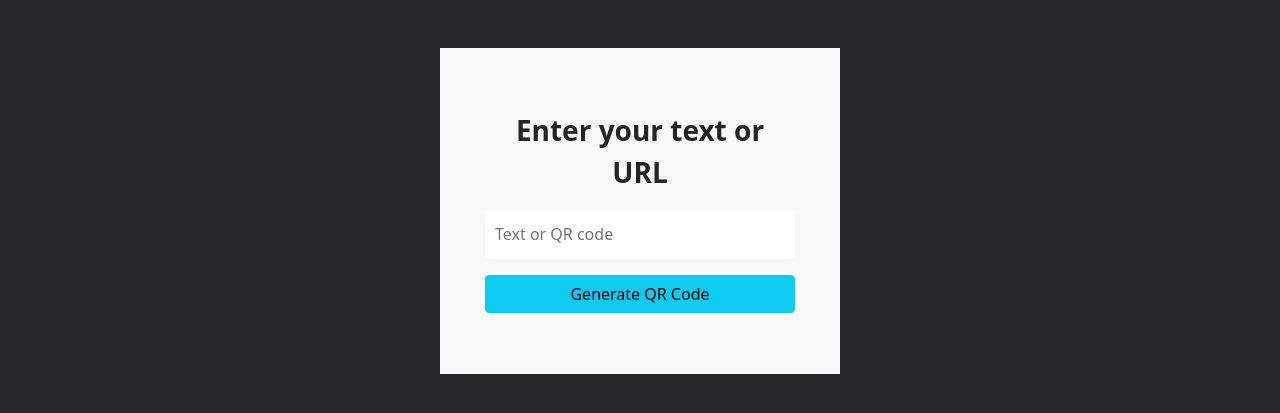
Repository: zeinawady/Qr-Code-Generator-App
Page: index.html
These files come from the project's save history. The page is drawn as it stood at one moment and after the next save; the edit follows.
The browser window is 1280 px wide. The pictures show the whole page.

Above is the page before, as saved 2024-10-30 00:32:39.

### index.html
<!DOCTYPE html>
<html lang="en">
<head>
    <meta charset="UTF-8">
    <meta name="viewport" content="width=device-width, initial-scale=1.0">
    <title>Qr code generator</title>
    <link rel="stylesheet" href="css/bootstrap.min.css.map">
    <link rel="stylesheet" href="css/bootstrap.min.css">
    <link rel="stylesheet" href="css/style.css">
</head>
<body>
    <div class="container  d-flex justify-content-center align-items-center bg-light mt-5">
   <div class="qr-container">
<p class="my-3 fw-bold fs-3 text-center">Enter your text or URL</p>
<input type="text" placeholder="Text or QR code">
<button class="btn btn-info my-3 w-100 ">Generate QR Code</button>
   </div>
</div>

    <script src="js/bootstrap.bundle.min.js"></script>
    <script src="js/bootstrap.bundle.min.js.map"></script>
<script src="js/script.js"></script>
</body>
</html>

### css/style.css
body{
    background-color:#262a2f ;
}
.container{
    max-width: 400px;
   padding: 45px;
}
input{
    width: 100%;
    height: 50px;
    border: none;
    outline: none;
    padding: 10px;
   border-radius: 5px;
}

Loaded but not shown: css/bootstrap.min.css (library); js/bootstrap.bundle.min.js (library); js/script.js (no copy from this time; the picture is the same without it)

After the next save:
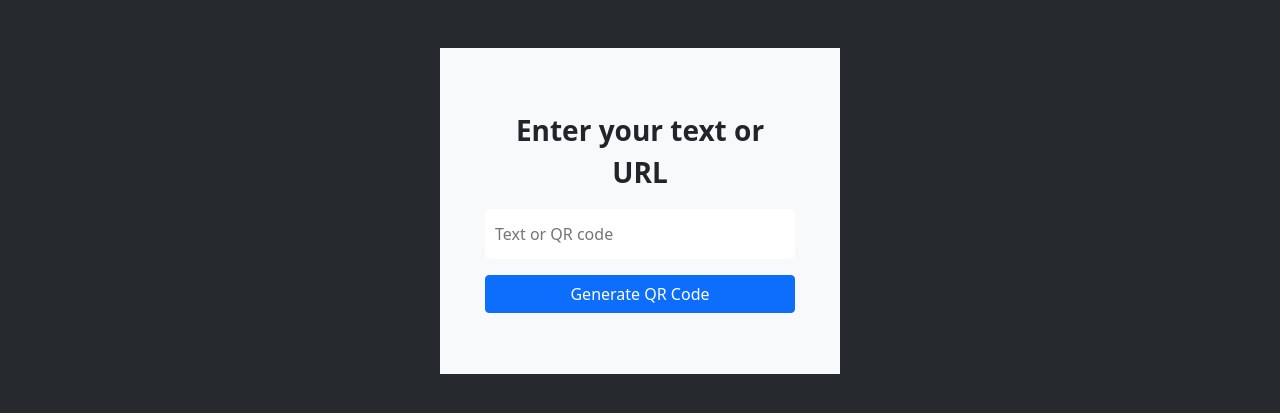
Saved 6 s later.
--- a/index.html
+++ b/index.html
@@ -13,7 +13,7 @@
    <div class="qr-container">
 <p class="my-3 fw-bold fs-3 text-center">Enter your text or URL</p>
 <input type="text" placeholder="Text or QR code">
-<button class="btn btn-info my-3 w-100 ">Generate QR Code</button>
+<button class="btn btn-primary my-3 w-100 ">Generate QR Code</button>
    </div>
 </div>
 
